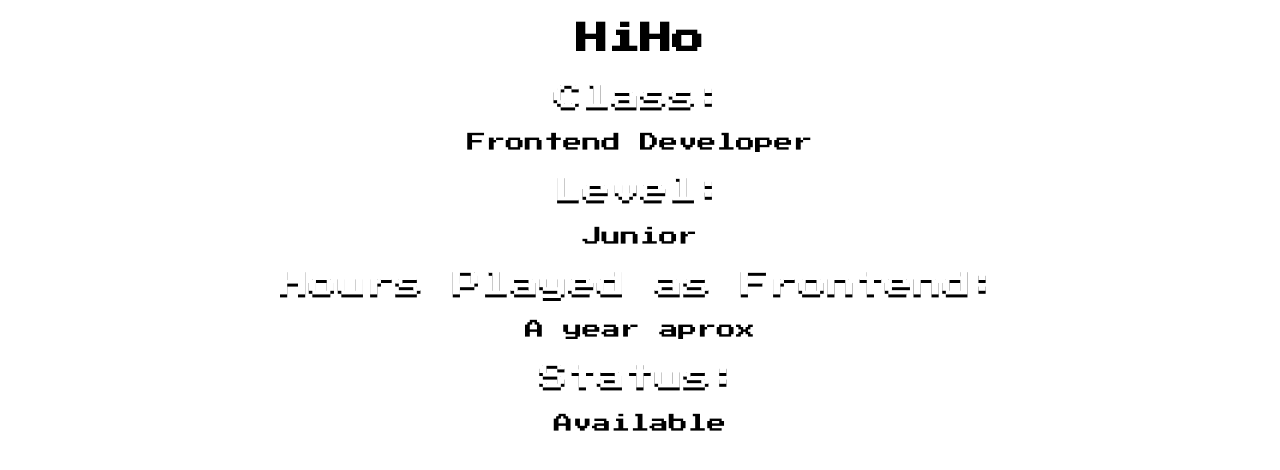
Repository: sernalab/soon
Page: index.html
These files come from the project's save history. The page is drawn as it stood at one moment and after the next save; the edit follows.
The browser window is 1280 px wide. The pictures show the whole page.
Some web fonts or font styles are not loaded; a fallback is used.

Above is the page before, as saved 2018-12-24 01:32:47.

After the next save:
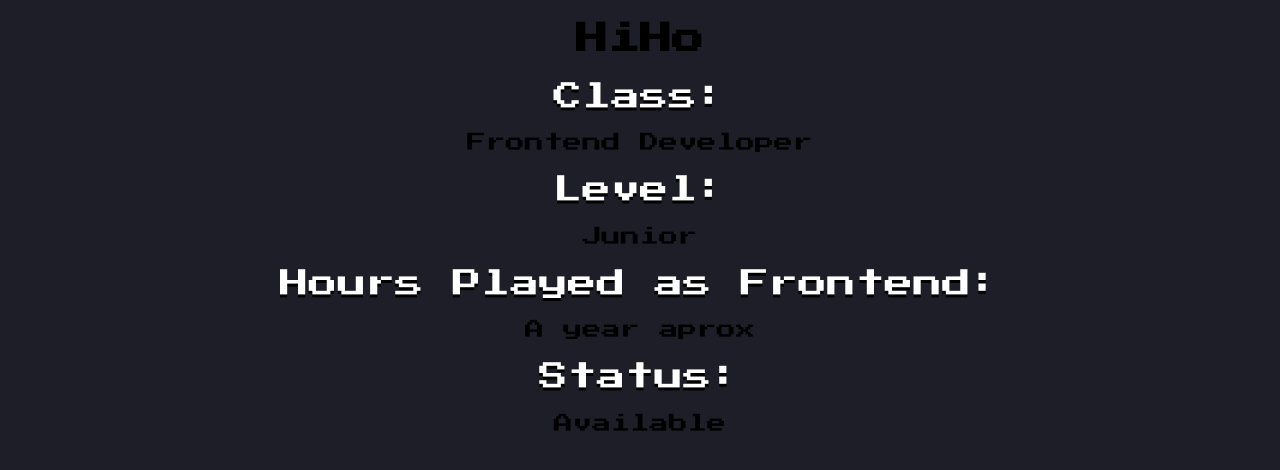
Saved 35 s later.
--- a/css/styles.css
+++ b/css/styles.css
@@ -422,7 +422,7 @@
 /* custom css */
 
 body {
-    background-image: linear-gradient(#1e1e28);
+    background-color: #1e1e28;
     font-family: 'Press Start 2P';
     background-repeat: repeat;
 }

After the save that followed:
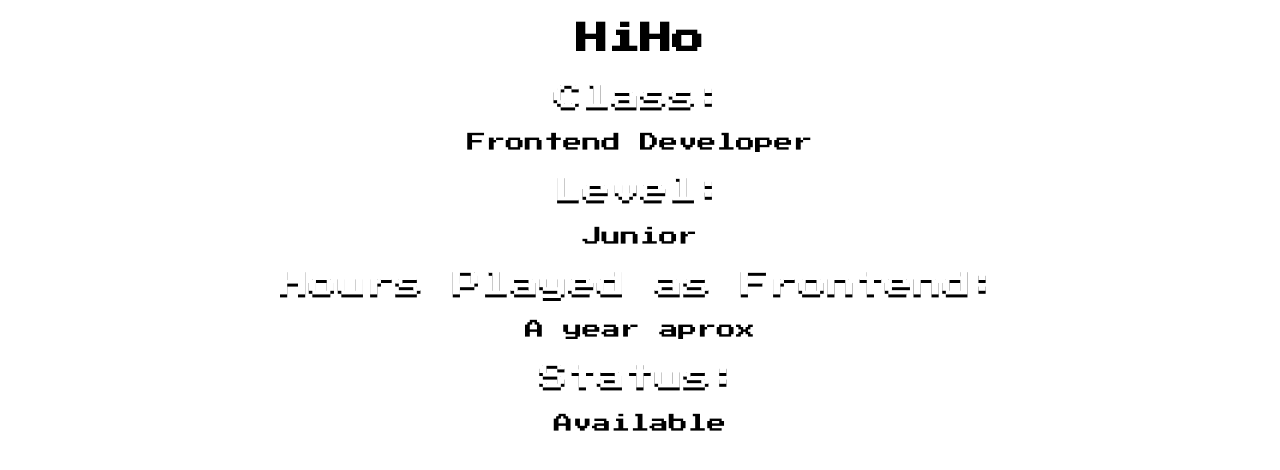
Saved 35 s later.
--- a/css/styles.css
+++ b/css/styles.css
@@ -422,7 +422,7 @@
 /* custom css */
 
 body {
-    background-color: #1e1e28;
+    background-color: black, .3;
     font-family: 'Press Start 2P';
     background-repeat: repeat;
 }
